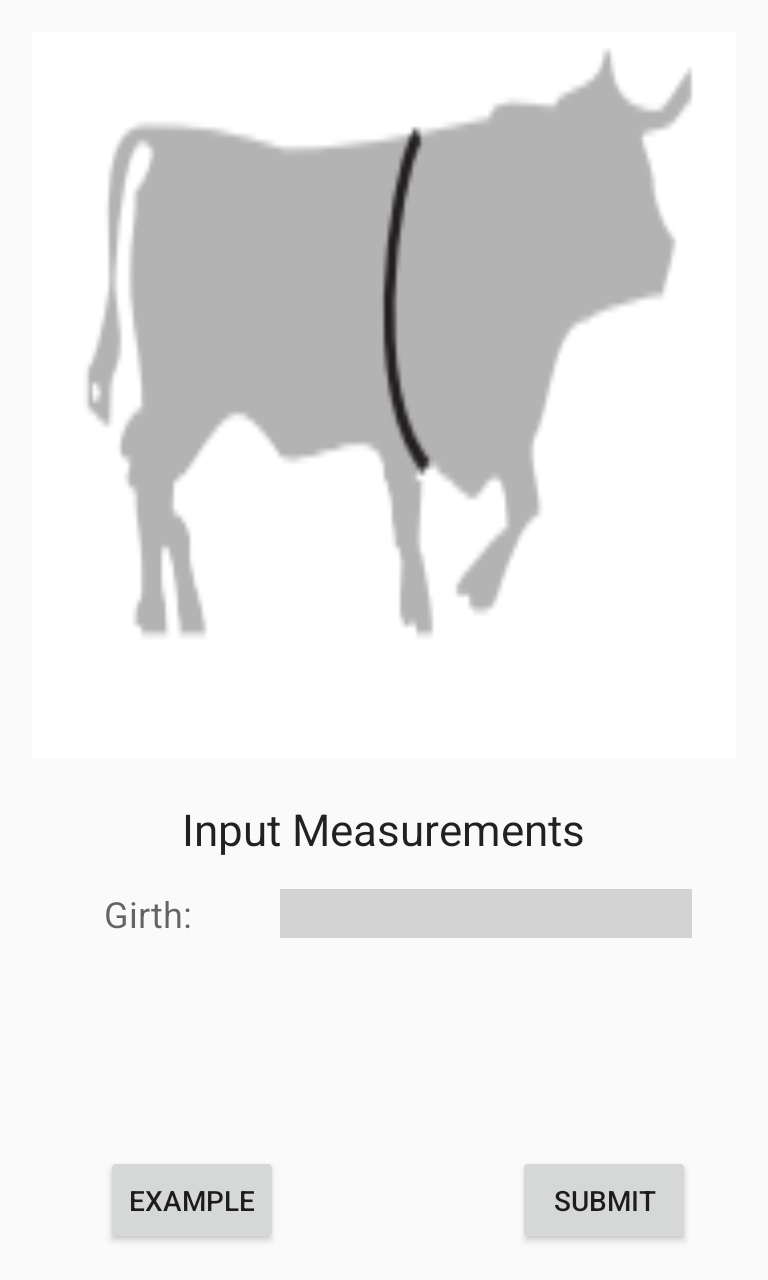
Repository: jdmielke/AnimalApp
Layout: AWEA/res/layout/activity_beefcow_measurement.xml
An editor plug-in stored every save of this project. The layout is shown before and after the next save, followed by the edit.
It is drawn on a 768 x 1280 px phone screen (xhdpi) without system bars, with theme AppTheme; the app's code is not run.

Above is the layout before, as saved 2014-11-12 20:25:54.

### AWEA/res/layout/activity_beefcow_measurement.xml
<?xml version="1.0" encoding="utf-8"?>
<RelativeLayout xmlns:android="http://schemas.android.com/apk/res/android"
    xmlns:tools="http://schemas.android.com/tools"
    android:layout_width="match_parent"
    android:layout_height="match_parent"
    android:clipChildren="false"
    android:clipToPadding="false"
    android:paddingBottom="@dimen/activity_vertical_margin"
    android:paddingLeft="@dimen/activity_horizontal_margin"
    android:paddingRight="@dimen/activity_horizontal_margin"
    android:paddingTop="@dimen/activity_vertical_margin"
    tools:context=".CowBeefMeasurementActivity" >

    <TextView
        android:id="@+id/textView1"
        android:layout_width="wrap_content"
        android:layout_height="wrap_content"
        android:layout_alignParentBottom="true"
        android:layout_centerHorizontal="true"
        android:layout_marginBottom="195dp"
        android:text="Input Measurements"
        android:textAppearance="?android:attr/textAppearanceLarge" />

    <TextView
        android:id="@+id/textView2"
        android:layout_width="wrap_content"
        android:layout_height="wrap_content"
        android:layout_alignParentLeft="true"
        android:layout_alignTop="@+id/textView1"
        android:layout_marginLeft="36dp"
        android:layout_marginTop="45dp"
        android:text="Girth:"
        android:textAppearance="?android:attr/textAppearanceMedium" />

    <Button
        android:id="@+id/button1"
        android:layout_width="wrap_content"
        android:layout_height="wrap_content"
        android:layout_alignParentBottom="true"
        android:layout_alignParentRight="true"
        android:layout_marginRight="22dp"
        android:text="Submit"
        android:onClick="goToMain"/>/>

    <Button
        android:id="@+id/goToMain"
        android:layout_width="wrap_content"
        android:layout_height="wrap_content"
        android:layout_alignBaseline="@+id/button1"
        android:layout_alignBottom="@+id/button1"
        android:layout_alignParentLeft="true"
        android:layout_marginLeft="36dp"
        android:text="Example"
        android:onClick="goToMain"/>

    <EditText
        android:id="@+id/editText1"
        android:layout_width="wrap_content"
        android:layout_height="wrap_content"
        android:layout_alignRight="@+id/button1"
        android:layout_alignTop="@+id/textView2"
        android:layout_toRightOf="@+id/goToMain"
        android:background="#d3d3d3"
        android:digits="1234567890"
        android:ems="10"
        android:inputType="number|phone"
        android:singleLine="true" />

    <ImageView
        android:id="@+id/imageView1"
        android:layout_width="wrap_content"
        android:layout_height="wrap_content"
        android:layout_above="@+id/textView1"
        android:layout_alignParentLeft="true"
        android:layout_alignParentRight="true"
        android:layout_alignParentTop="true"
        android:paddingBottom="20dp"
        android:scaleType="fitXY"
        android:src="@drawable/beefdiagram" />

</RelativeLayout>

Loaded but not shown: AWEA/res/values/styles.xml (common file); AWEA/res/values-v11/styles.xml (common file); AWEA/res/values-v14/styles.xml (common file); AWEA/res/values/dimens.xml (common file); AWEA/res/values-w820dp/dimens.xml (common file)

After the next save:
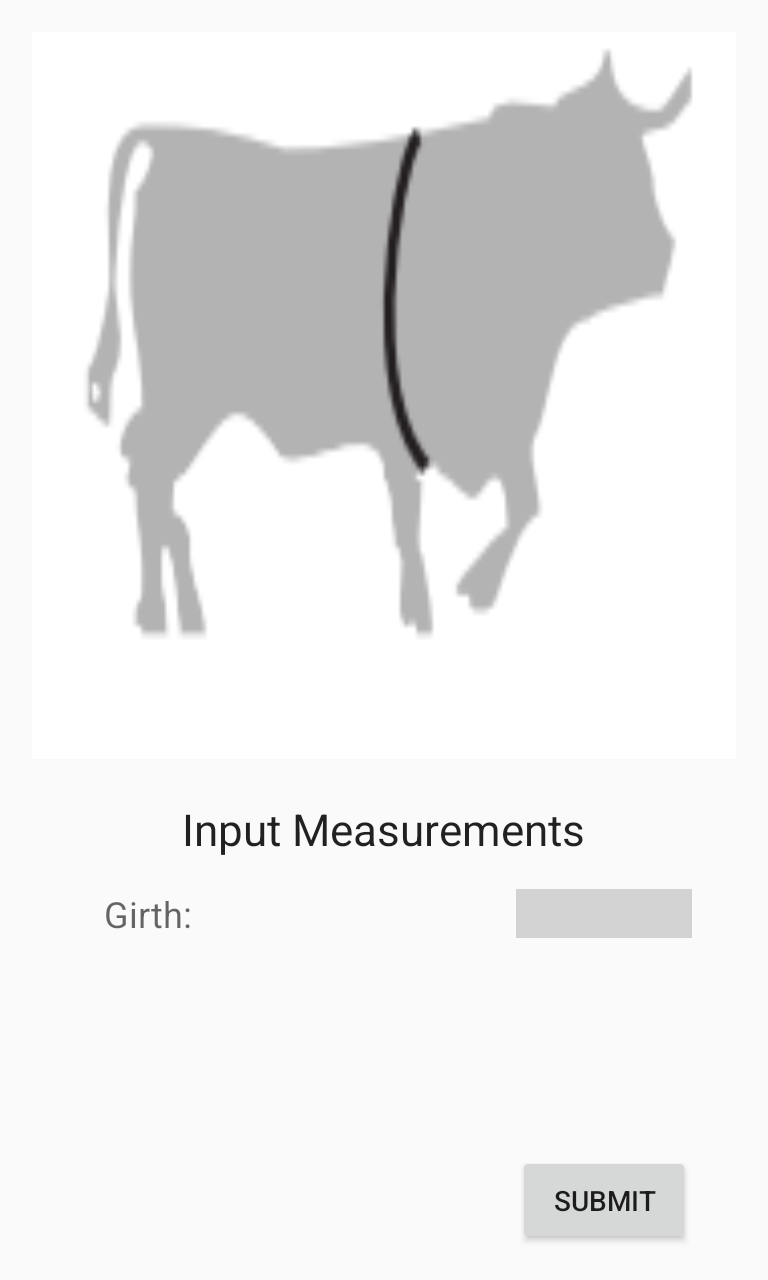
Saved 3 min 49 s later.
--- a/AWEA/res/layout/activity_beefcow_measurement.xml
+++ b/AWEA/res/layout/activity_beefcow_measurement.xml
@@ -39,27 +39,18 @@
         android:layout_alignParentBottom="true"
         android:layout_alignParentRight="true"
         android:layout_marginRight="22dp"
-        android:text="Submit"
-        android:onClick="goToMain"/>/>
+        android:onClick="goToMain"
+        android:text="Submit" />
 
-    <Button
-        android:id="@+id/goToMain"
-        android:layout_width="wrap_content"
-        android:layout_height="wrap_content"
-        android:layout_alignBaseline="@+id/button1"
-        android:layout_alignBottom="@+id/button1"
-        android:layout_alignParentLeft="true"
-        android:layout_marginLeft="36dp"
-        android:text="Example"
-        android:onClick="goToMain"/>
+/>
 
     <EditText
         android:id="@+id/editText1"
         android:layout_width="wrap_content"
         android:layout_height="wrap_content"
+        android:layout_alignLeft="@+id/button1"
         android:layout_alignRight="@+id/button1"
         android:layout_alignTop="@+id/textView2"
-        android:layout_toRightOf="@+id/goToMain"
         android:background="#d3d3d3"
         android:digits="1234567890"
         android:ems="10"
